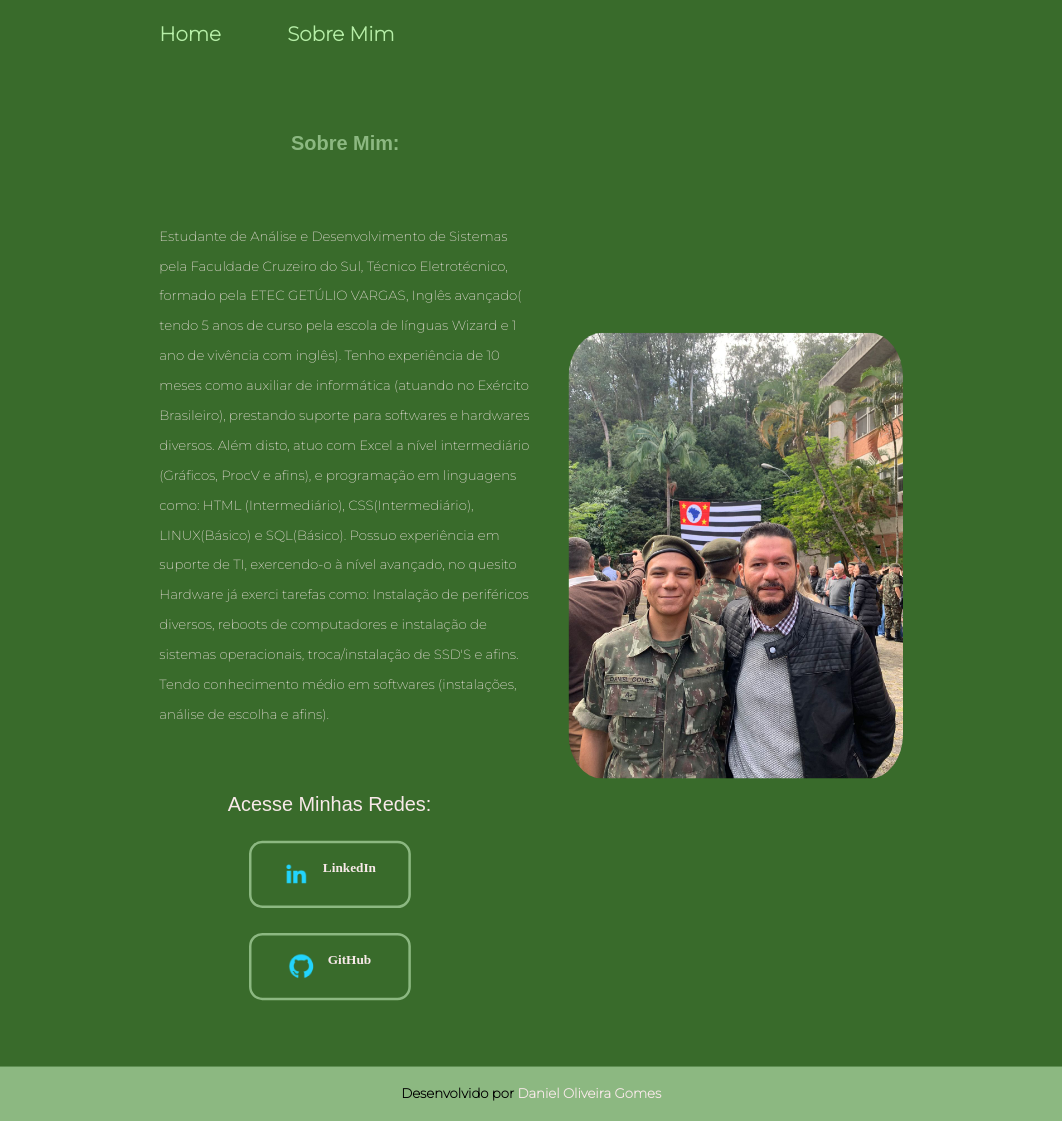
Repository: DamnDTX/Portfolio-Daniel-Oliveira-1
Page: about.html
These files come from the project's save history. The page is drawn as it stood at one moment and after the next save; the edit follows.
The browser window is 1280 px wide. The pictures show the whole page, at 83% of full size.
Some web fonts or font styles are not loaded; a fallback is used.

Above is the page before, as saved 2023-07-11 17:36:50.

### about.html
<!DOCTYPE html>
<html lang="pt-br">
<head>
    <meta charset="UTF-8">
    <meta name="viewport" content="width=device-width, initial-scale=1.0">
    <title>Sobre Mim</title>
    <link rel="stylesheet" href="./styles/about.css">
    <!--Há duas formas de nós conseguirmos linkar o nosso arquivos css, a primeira forma nós já sabemos, que é utilizando o elemento link, mas podemos fazer de outra forma, que é escrevendo "link:" e puxar o caminho do css, prefiro a primeira forma, já que a velocidade de ação é a mesma-->
</head>
<body>
<header>
    <header class="cabecalho">
        <nav class="cabecalho__menu">
            <a class="cabecalho__menu__link" href="index.html">Home</a>
            <a class="cabecalho__menu__link" href="about.html">Sobre Mim</a>
        </nav>
</header>
<!--Copiamos o header da outra página html, temos que ver que tem coisas que queremos que continue igual, igual
    o header e as estilizações (posicionamento e afins, quando for assim, copiamos as propriedades da mesma forma
    , alterando só quando necessário)
-->
<main class="principal">
    <section class="principal__conteudo">
        <h1 class="principal__conteudo__titulo">
   <strong>Sobre Mim:</strong>
        </h1>

        <h4 class="principal__conteudo__apresentacao">
            Estudante de Análise e Desenvolvimento de Sistemas pela Faculdade Cruzeiro do Sul, Técnico Eletrotécnico, formado pela ETEC GETÚLIO VARGAS, Inglês avançado( tendo 5 anos de curso pela escola de línguas Wizard e 1 ano de vivência com inglês). Tenho experiência de 10 meses como auxiliar de informática (atuando no Exército Brasileiro), prestando suporte para softwares e hardwares diversos. Além disto, atuo com Excel a nível intermediário (Gráficos, ProcV e afins), e programação em linguagens como: HTML (Intermediário), CSS(Intermediário), LINUX(Básico) e SQL(Básico). Possuo experiência em suporte de TI, exercendo-o à nível avançado, no quesito Hardware já exerci tarefas como: Instalação de periféricos diversos, reboots de computadores e instalação de sistemas operacionais, troca/instalação de SSD'S e afins. Tendo conhecimento médio em softwares (instalações, análise de escolha e afins).
        </h4>
        <div class="principal__links">
            <h2 class="principal__links__subtitulo">Acesse Minhas Redes:</h2>
        <a class="principal__link__social" target="_blank" href="https://www.linkedin.com/in/daniel-oliveira-gomes-3470511b6/">
                <img src="./assets/Logo linkedin.png" alt="linkeidn_logo">
            LinkedIn
                </a>
        <a class="principal__link__social" target="_blank" href="https://github.com/DamnDTX/">
          <img src="./assets/Logo Github.png" alt="github_logo">
          GitHub
        </a>
    </section>
    <img class="daniel" alt="minha_pessoa" src="./assets/Daniel milico.jpeg">
</main>

<footer class="rodape">
    <h4>Desenvolvido por <strong class="desenvolvedor">Daniel Oliveira Gomes</strong></h4>
</footer>
</body>
</html>

### styles/about.css
@import url('https://fonts.googleapis.com/css2?family=Abril+Fatface&family=Krona+One&family=Montserrat:wght@100;200&display=swap');
@import url('https://fonts.googleapis.com/css2?family=Abril+Fatface&family=Krona+One&family=Montserrat:wght@100&display=swap');

:root{
    --cor-dos-textos:#F8E9E9;
    --fonte-textos:'Montsserrat',sans-serif;
    --fonte-titulos:'Krona One', sans-serif;
}




*{
    margin: 0;
    padding: 0;
}

body{
    background-color:  #396B2B;
    color: var(--cor-dos-textos);
    height: 100vh;
    box-sizing: border-box;
}
 /*O 100vh serve quando temos poucos elementos na página, quando o body não alcança tudo (quando há poucos
 elementos), quando não for o caso de termos poucos elementos, tiramos-o, ou melhor, não os usamos  */
strong{
    color: #8CB881;
}

.cabecalho{
padding: 2% 0 0 15%;
}

.cabecalho__menu{display: flex;
gap: 80px;}

.cabecalho__menu__link{
    font-size:  1.5rem;
    font-family: 'Montserrat', sans-serif;
    font-style: normal;
    font-weight: 600;
    line-height: normal;
    color: #B6EEA7;
    text-decoration: none;

}

.principal{display: flex;
align-items: center;
justify-content: space-between;
padding: 5% 15%;
gap: 40px;}



.principal__conteudo{
    width: 50%;
    height: 50%;
    display: flex;
    flex-direction: column;
    gap: 40px;
       }

.principal__conteudo__titulo{
    font-family: 'Krona One', sans-serif;
    font-size: 2.25;
    text-align: center;
    margin-top: 40px;

}



.principal__conteudo__apresentacao{
    font-family: 'Montserrat', sans-serif;
    display: flex;
    flex-direction: column;
    font-size:  1,5rem;
    font-style: normal;
    font-weight: 400;
    line-height: 36px;
    color: #F8E9E9;
    margin-top: 40px;
}

.daniel{
    height: 45%;
    width: 45%;
    border-radius: 10%;
    justify-content: center;
}

 .principal__links{
        justify-content: space-between;
        flex-direction:column;
        align-items: center;
        display: flex;
        width: 378px;
        padding: 16px;
        justify-content: center;
        align-items: center;
        gap: 20px;

        .principal__links__social:hover{
            background-color: #3843E0;
        }
 }
    .principal__links__subtitulo{
        font-family: 'Krona One', sans-serif;
        font-weight: 400;
        margin-top: 20px;
        }


    .principal__link__social{
        background-color: transparent;
        color: #F8E9E9;
        width: 50%;
        height: 32px;
        text-align: center;
        border-radius: 16px;
        font-size:  1,5rem;
        padding: 21.5px 0;
        text-decoration: none;
        font-weight: 600;
        border-style: solid;
        display: flex;
        justify-content: center;
        gap: 16px;
        margin-top: 10px;
        border-color: #8CB881;
    }

.logo{width: 28px;
    height: 28px;
    }

.rodape{font-size:  1,5rem;
    font-family: 'Montserrat', sans-serif;
    font-style: normal;
    font-weight: 400;
    line-height: 36px;
    background-color: #8CB881;
    text-align: center;
    color: black;
    padding: 15px;
    flex-shrink: 0;
}

    .desenvolvedor{color: #F8E9E9;}


    @media (max-width:800px) {
        .cabecalho {
            padding: 10%;
        }

        .cabecalho__menu{
            justify-content: center;
        }

        .principal {
            flex-direction: column-reverse;
            padding: 5% 5%;
        }

        .principal__conteudo{
            width: auto;
        }

        .eu{
            border-radius: 10%;
        }

    }

After the next save:
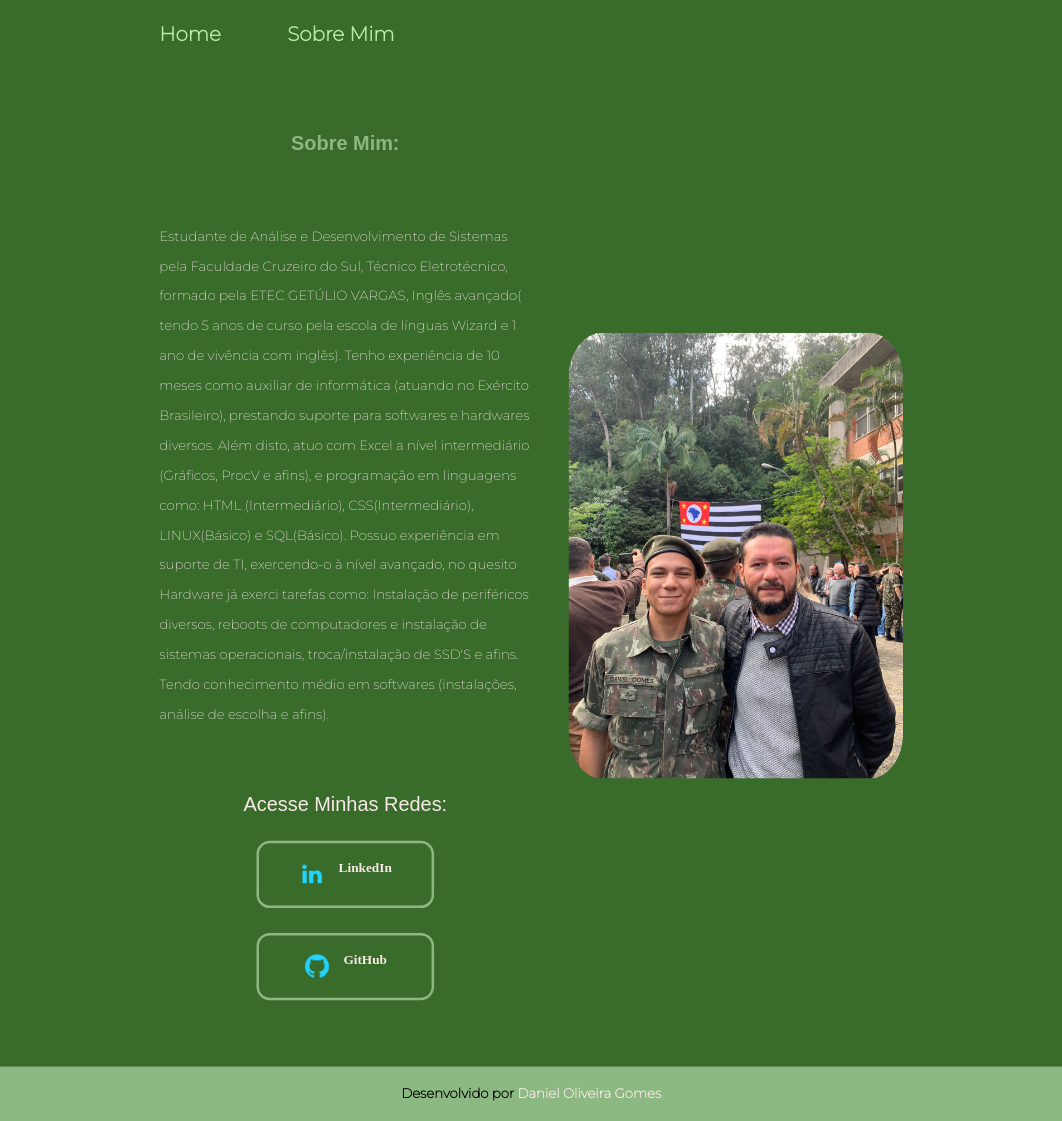
Saved 23 s later.
--- a/styles/about.css
+++ b/styles/about.css
@@ -95,7 +95,7 @@ gap: 40px;}
         flex-direction:column;
         align-items: center;
         display: flex;
-        width: 378px;
+        width: 50% auto;
         padding: 16px;
         justify-content: center;
         align-items: center;
